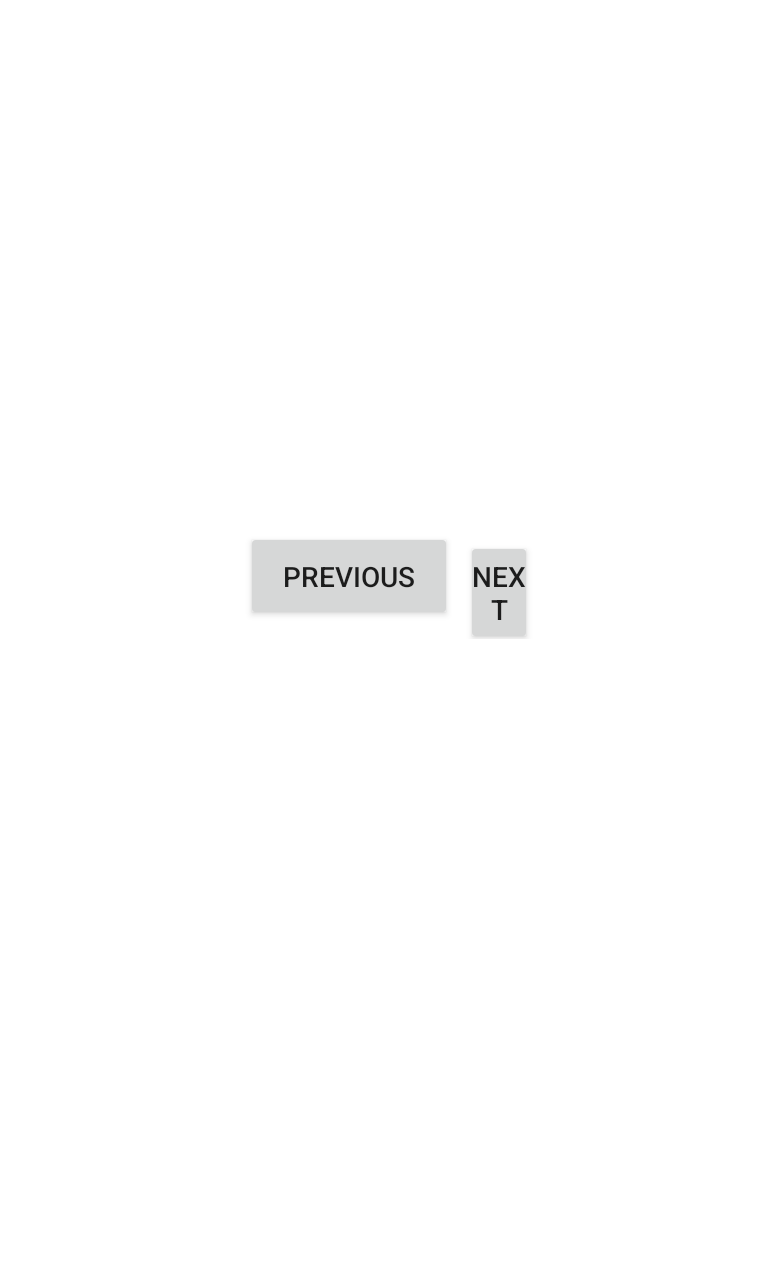
Repository: Warun26/PropertySearch
Layout: PropertySearch/res/layout/historical_zestimates_tab.xml
An editor plug-in stored every save of this project. The layout is shown before and after the next save, followed by the edit.
It is drawn on a 768 x 1280 px phone screen (xhdpi) without system bars, with theme AppTheme; the app's code is not run. The app's manifest (not shown) leaves right-to-left support off. So textAlignment, textDirection and layoutDirection are ignored, and left and right values win over start and end ones.

Above is the layout before, as saved 2014-11-23 05:49:25.

### PropertySearch/res/layout/historical_zestimates_tab.xml
<?xml version="1.0" encoding="utf-8"?>
<LinearLayout xmlns:android="http://schemas.android.com/apk/res/android"
    android:id="@+id/tab2"
    android:layout_width="fill_parent"
    android:layout_height="fill_parent"
    android:orientation="vertical"
    android:background="#fff">

    <TextSwitcher
        android:id="@+id/chartYear"
        android:layout_width="fill_parent"
        android:layout_height="wrap_content"
        android:background="#fff"
        android:padding="5dp"
        android:textSize = "16sp"
        android:textStyle="bold"
        android:layout_marginTop="10dp"
        android:layout_marginBottom="5dp" />


    <TextView
	     android:id="@+id/address"
	     android:layout_width="wrap_content"
	     android:layout_height="wrap_content"
	     android:padding="0dp"
	     android:textSize="14sp"
	     android:textAlignment="center"
	     android:layout_gravity="center"  >
	</TextView>

    <ImageSwitcher
      android:id="@+id/ZestimateCharts"
      android:layout_width="fill_parent"
      android:layout_height="200dp" >
    </ImageSwitcher>

    <LinearLayout
        android:id="@+id/imageNavigationButtons"
        android:layout_width="150dp"
        android:layout_height="wrap_content"
        android:orientation="horizontal"
        android:layout_gravity="center_horizontal" >
	    <Button
	      	android:id="@+id/previousImageButton"
	        android:layout_width="fill_parent"
	        android:layout_height="wrap_content"
	        android:text="@string/previous"
	        android:layout_marginLeft="5dp"
	        android:layout_marginStart="5dp"
	        android:layout_marginTop="20dp"
	        android:paddingLeft="3dp"
	        android:paddingRight="3dp"
	        android:layout_weight="1" />

	    <Button
	      	android:id="@+id/nextImageButton"
	        android:layout_width="75dp"
	        android:layout_height="wrap_content"
	        android:text="@string/next"
	        android:layout_marginLeft="5dp"
	        android:layout_marginStart="5dp"
	        android:layout_marginTop="20dp"
	        android:paddingLeft="3dp"
	        android:paddingRight="3dp"
	        android:layout_weight="1" />
        </LinearLayout>
        <TextView
            android:id="@+id/branding2"
            android:layout_width="200dp"
            android:layout_height="wrap_content"
            android:textColorLink="#0000EE"
            android:textColor="#000"
            android:textAlignment="center"
            android:gravity="center_horizontal"
            android:layout_gravity="center_horizontal" />
</LinearLayout>

### PropertySearch/res/values/strings.xml
<?xml version="1.0" encoding="utf-8"?>
<resources>

    <string name="app_name">PropertySearch</string>
    <string name="hello_world">Hello world!</string>
    <string name="action_settings">Settings</string>
    <string name="search">Search</string>
    <string name="title_activity_main">MainActivity</string>
    <string name="form_title">Search Your Property Here</string>
    <string name="street_address">Street Address</string>
    <string name="address">Address*:</string>
    <string name="city_label">City*:</string>
    <string name="city">City</string>
    <string name="state">State*:</string>
    <string name="zillow_image">Zillow Logo</string>
    <string name="error_message">This field is required.</string>
    <string name="body1">body1</string>
    <string name="body2">body2</string>
    <string name="previous">Previous</string>
    <string name="next">Next</string>
    <string name="more_details">See more details on Zillow:</string>
    <string-array name="states">
        <item>Choose State</item>
        <item>AL</item>
        <item>AK</item>
        <item>AZ</item>
        <item>AR</item>
        <item>CA</item>
        <item>CO</item>
        <item>CT</item>
        <item>DE</item>
        <item>DC</item>
        <item>FL</item>
        <item>GA</item>
        <item>HI</item>
        <item>ID</item>
        <item>IL</item>
        <item>IN</item>
        <item>IA</item>
        <item>KS</item>
        <item>KY</item>
        <item>LA</item>
        <item>ME</item>
        <item>MD</item>
        <item>MA</item>
        <item>MI</item>
        <item>MN</item>
        <item>MS</item>
        <item>MO</item>
        <item>MT</item>
        <item>NE</item>
        <item>NV</item>
        <item>NH</item>
        <item>NJ</item>
        <item>NM</item>
        <item>NY</item>
        <item>NC</item>
        <item>ND</item>
        <item>OH</item>
        <item>OK</item>
        <item>OR</item>
        <item>PA</item>
        <item>PA</item>
        <item>RI</item>
        <item>SC</item>
        <item>SD</item>
        <item>TN</item>
        <item>TX</item>
        <item>UT</item>
        <item>VT</item>
        <item>VA</item>
        <item>WA</item>
        <item>WV</item>
        <item>WI</item>
        <item>WY</item>
    </string-array>

    <string name="title_activity_display_property_details">Results from Zillow</string>

</resources>

Loaded but not shown: PropertySearch/res/values/styles.xml (common file); PropertySearch/res/values-v11/styles.xml (common file); PropertySearch/res/values-v14/styles.xml (common file)

After the next save:
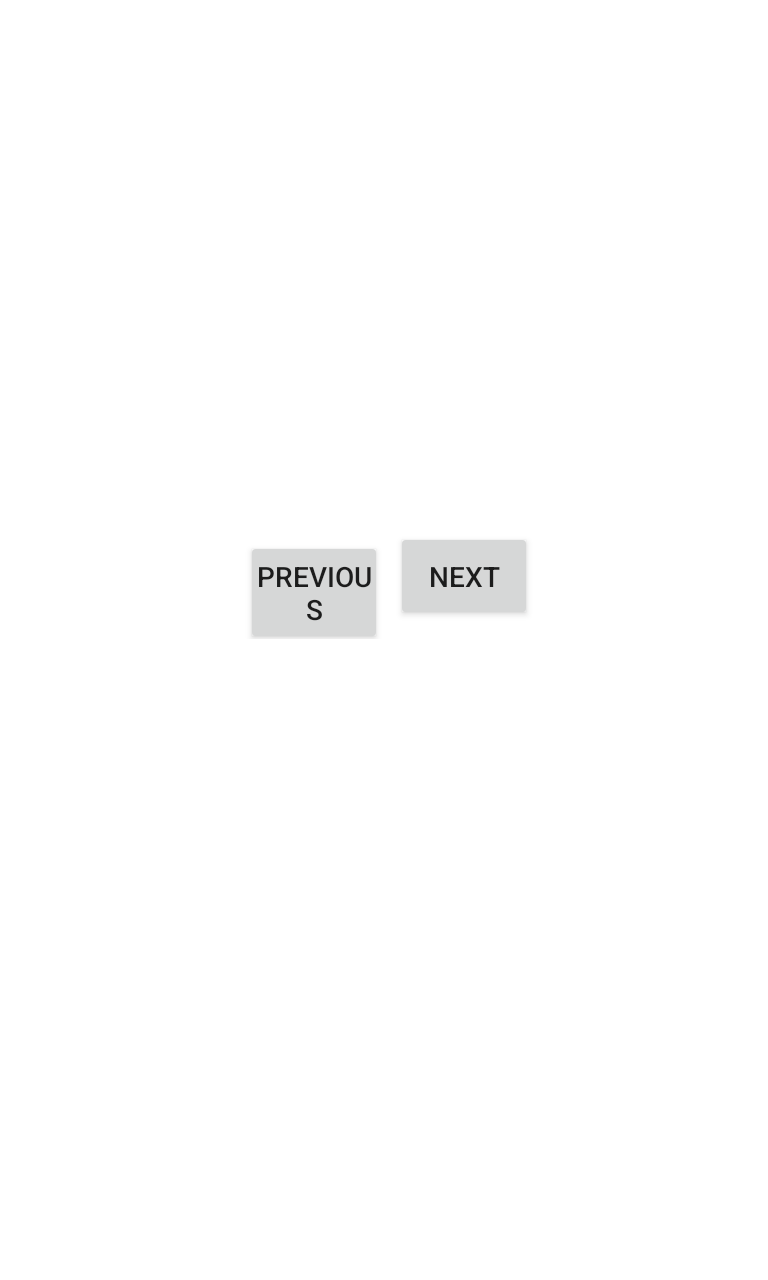
Saved 11 s later.
--- a/PropertySearch/res/layout/historical_zestimates_tab.xml
+++ b/PropertySearch/res/layout/historical_zestimates_tab.xml
@@ -54,7 +54,7 @@
 
 	    <Button
 	      	android:id="@+id/nextImageButton"
-	        android:layout_width="75dp"
+	        android:layout_width="fill_parent"
 	        android:layout_height="wrap_content"
 	        android:text="@string/next"
 	        android:layout_marginLeft="5dp"
